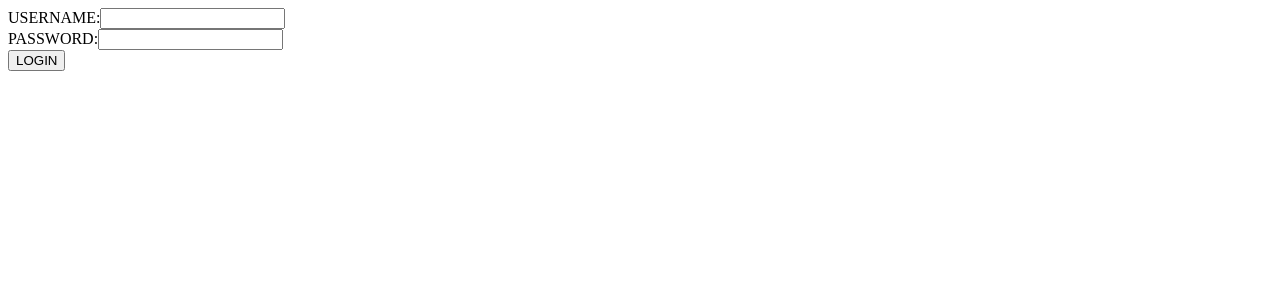
Repository: cdevangi/javaTraining
Page: http://localhost/MyApp/login.jsp
An editor plug-in stored every save of this project. The page is shown before and after the next save, followed by the edit.
The browser window is 1280 px wide. The pictures show the whole page.
The page is served by Tomcat 9. Other server files are loaded and not shown.

Above is the page before, as saved 2018-08-16 10:29:58.

### MyApp/WebContent/login.jsp
<%@ page language="java" contentType="text/html; charset=ISO-8859-1"
    pageEncoding="ISO-8859-1"%>
<!DOCTYPE html>
<html>
<head>
<meta charset="ISO-8859-1">
<title>Insert title here</title>
</head>
<body>

<form action="check"> <!-- tells which servlet to refer to -->
USERNAME:<input type="text" name="username"> <br>
PASSWORD:<input type="text" name="password"> <br>
<input type="submit" value="LOGIN">
</form>

</body>
</html>

After the next save:
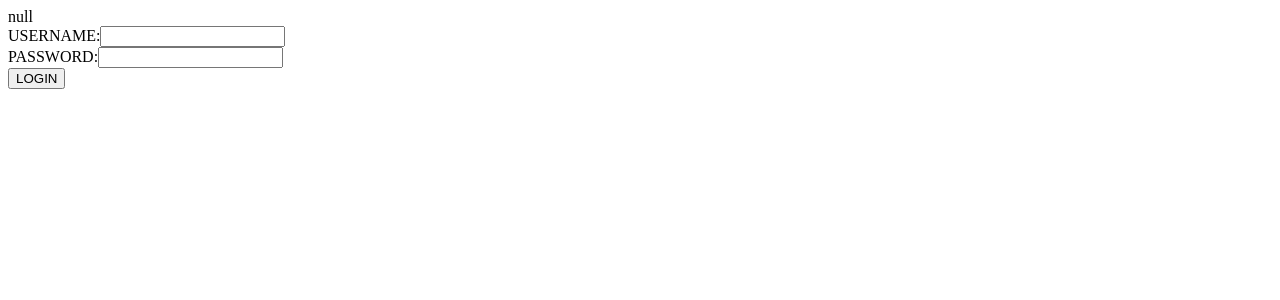
Saved 2 min 4 s later.
--- a/MyApp/WebContent/login.jsp
+++ b/MyApp/WebContent/login.jsp
@@ -7,6 +7,11 @@
 <title>Insert title here</title>
 </head>
 <body>
+<%
+String message = (String) request.getAttribute("message");
+%>
+
+<%=message %>
 
 <form action="check"> <!-- tells which servlet to refer to -->
 USERNAME:<input type="text" name="username"> <br>
